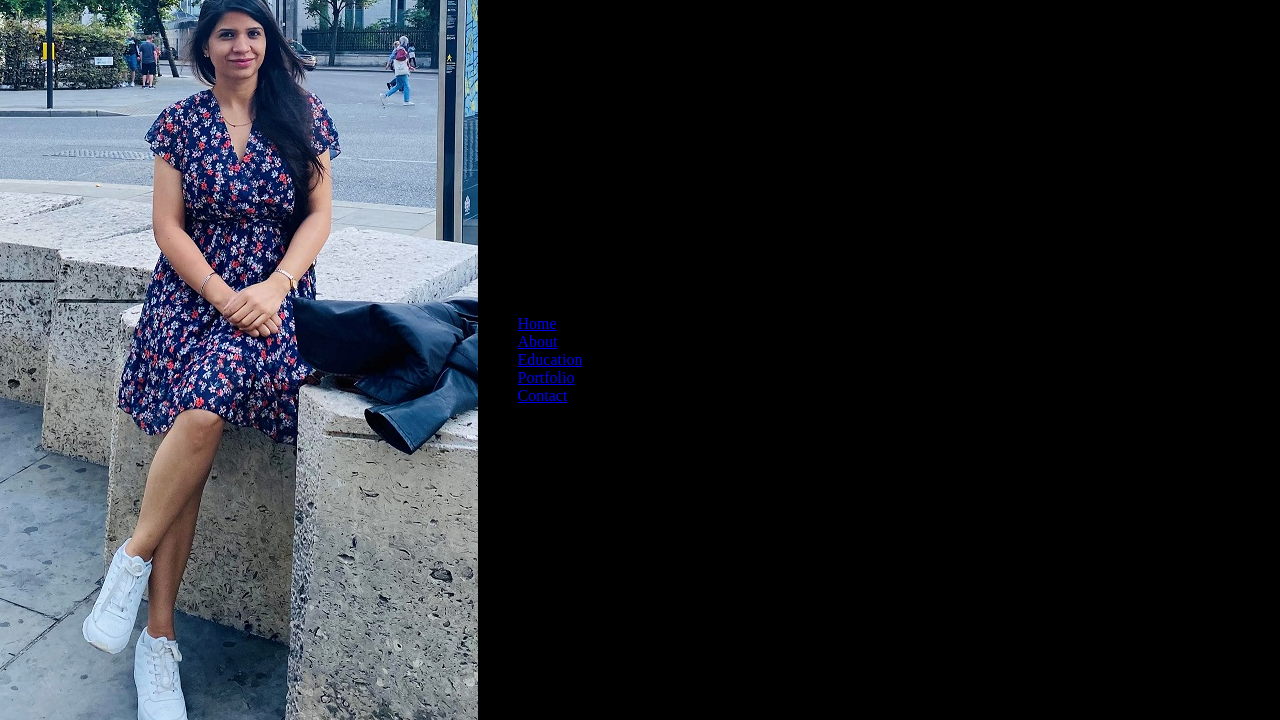
Repository: priyanka-bishnoi/PortfolioPage
Page: MyPage.html
An editor plug-in stored every save of this project. The page is shown before and after the next save, followed by the edit.
The browser window is 1280 px wide. The pictures show the whole page.

Above is the page before, as saved 2022-10-07 00:15:13.

After the next save:
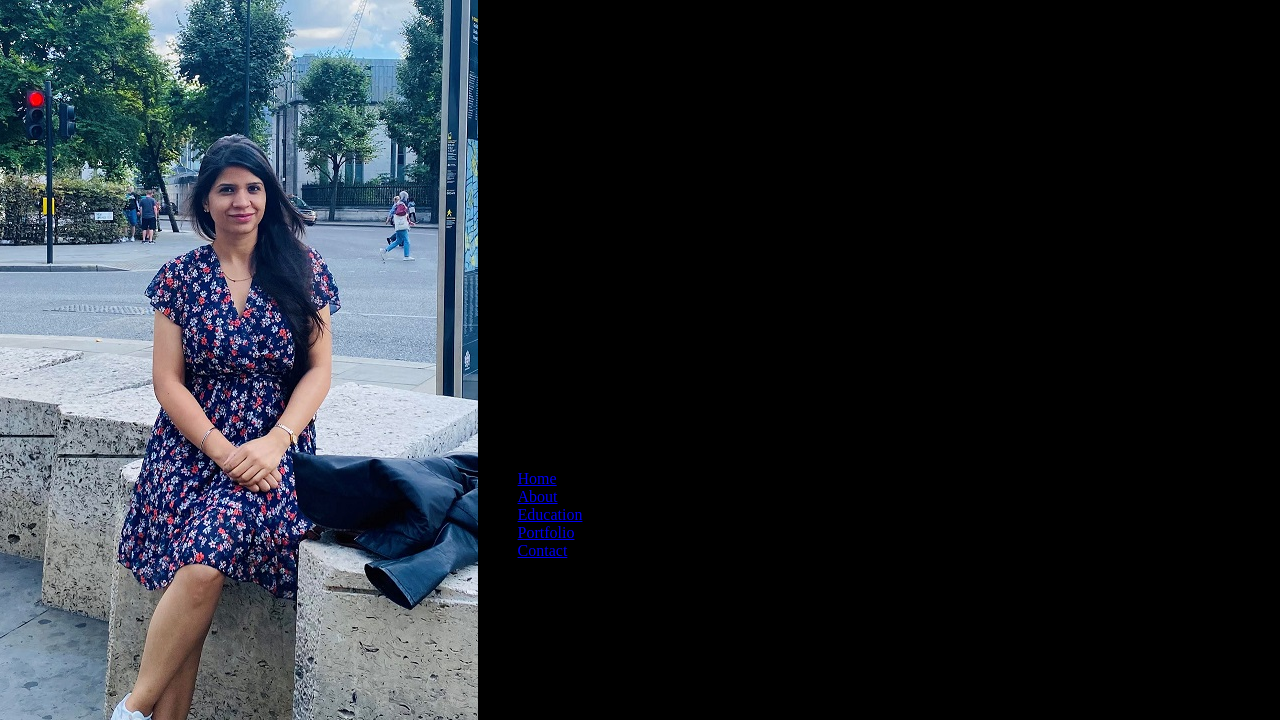
Saved 22 s later.
--- a/css/style.css
+++ b/css/style.css
@@ -2,7 +2,7 @@ header {
     position:fixed;
     top:0; left:0;
     z-index:1000;
-    height:100%;
+ //   height:100%;
     width:35rem;
     background:black;
     display:flex;
